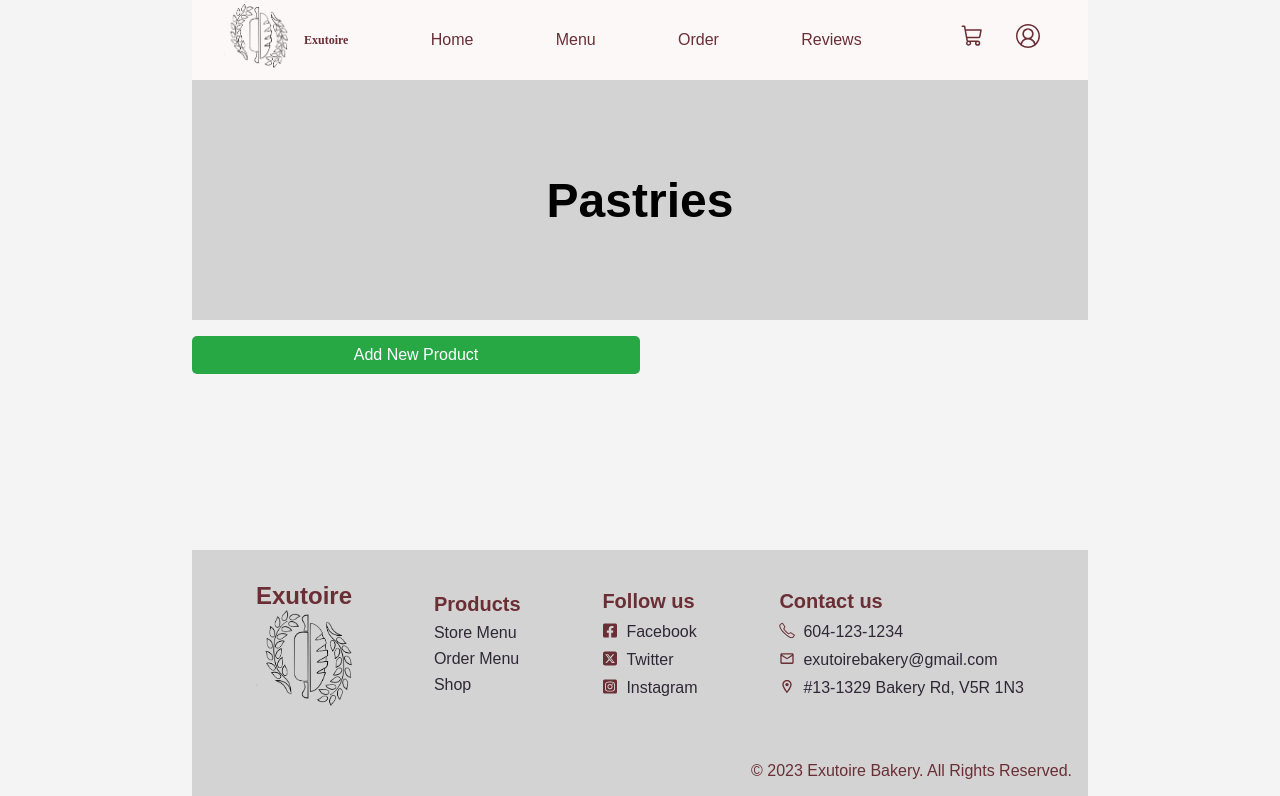
Repository: MelissaJacobi/COMP3170-final-proj
Page: /menu/pastries
An editor plug-in stored every save of this project. The page is shown before and after the next save, followed by the edit.
The browser window is 1280 px wide. The pictures show the whole page.
The project was rebuilt for these pictures with package versions that can differ from the ones it lists, and the page was loaded fresh each time. Also part of the build but not shown: vite.config.js, src/pages/ShoppingCart.module.css, src/components/ShoppingCartCard.module.css, src/components/ShoppingCartCard.jsx, src/components/OrderTotal.jsx, src/pages/ShoppingCart.jsx, src/pages/Profile.module.css, src/pages/Profile.jsx and 37 more.

Above is the page before, as saved 2024-11-09 23:22:06.

After the next save:
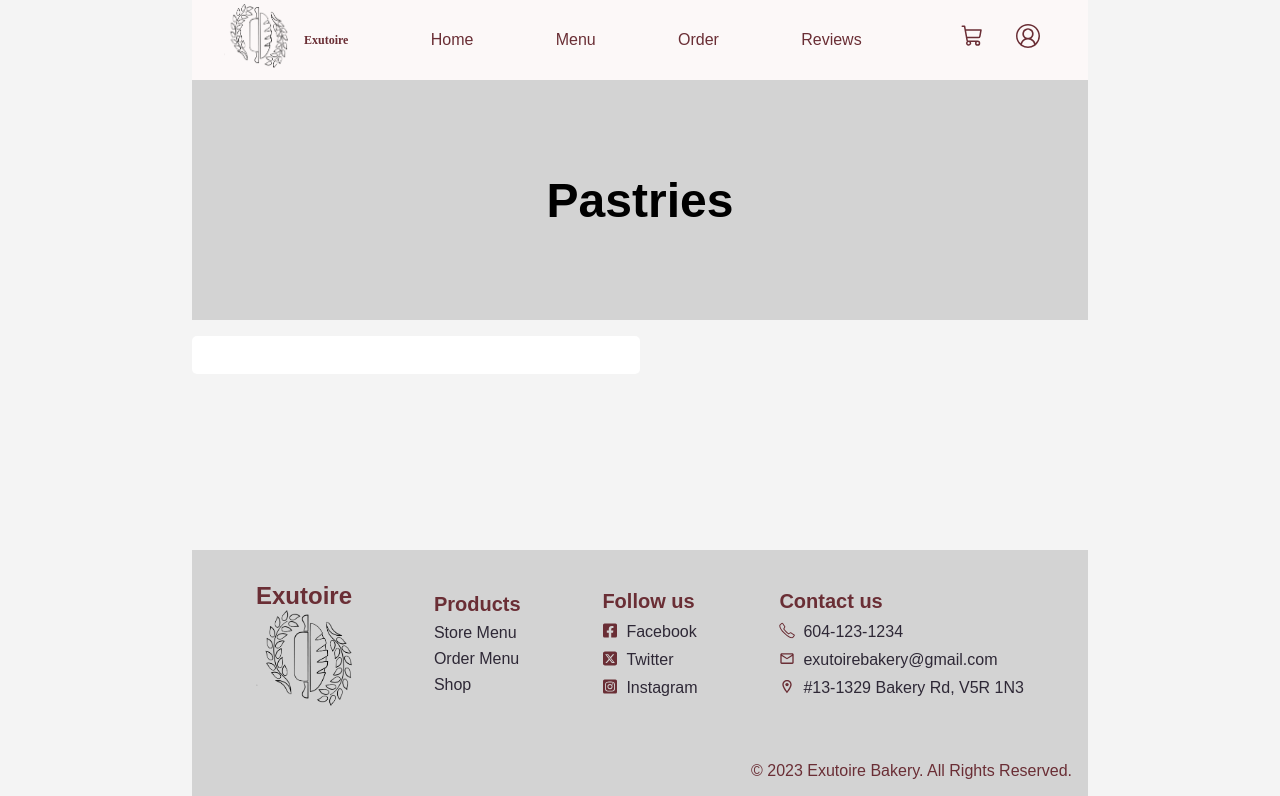
Saved 51 s later.
--- a/src/pages/Bread.module.css
+++ b/src/pages/Bread.module.css
@@ -28,5 +28,6 @@
 
 .toggleFormButton {
     width: 50%;
-    margin: 1rem 0
+    margin: 1rem 0;
+    background-color: var(--background-color);
 }
